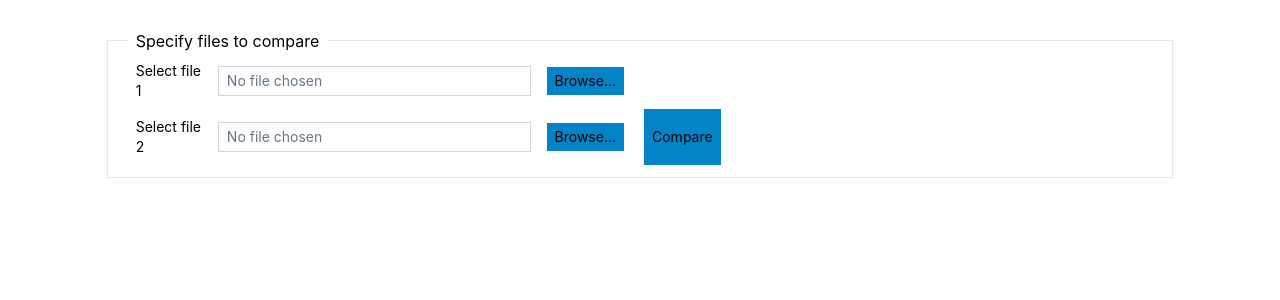
Repository: chionye/paymentology-front
Page: /
The author's editor kept a copy of each file at every save. The page is drawn from the files as they stood at one save, then again after the next save.
The browser window is 1280 px wide. The pictures show the whole page.
The project was rebuilt for these pictures with package versions that can differ from the ones it lists, and the page was loaded fresh each time.

Above is the page before, as saved 2022-03-16 13:24:25.

### src/index.css
@tailwind base;
@tailwind components;
@tailwind utilities;

body {
  margin: 0;
  font-family: -apple-system, BlinkMacSystemFont, 'Segoe UI', 'Roboto', 'Oxygen',
    'Ubuntu', 'Cantarell', 'Fira Sans', 'Droid Sans', 'Helvetica Neue',
    sans-serif;
  -webkit-font-smoothing: antialiased;
  -moz-osx-font-smoothing: grayscale;
}

input[type=file] {
  -webkit-appearance: none;
  position: relative;
  -webkit-box-sizing: border-box;
   }
   input[type=file]::-webkit-file-upload-button {
  width: 0;
  padding: 0;
  margin: 0;
  -webkit-appearance: none;
  border: none;
   }
   /* "x::-webkit-file-upload-button" forces the rules to only apply to browsers that support this pseudo-element */

### src/App.js
import Section from "./components/Section";

function App() {
  return (
    <Section />
  );
}

export default App;

### src/components/Section.js
import Button from "./Button";
import InputFile from "./InputFile";

const Section = () => {
    return(
        <div className="relative w-5/6 h-auto p-3 border border-1 border-gray mx-auto my-10">
            <div className="absolute -top-3 left-5 bg-white px-2">Specify files to compare</div>
            <InputFile file={"Select file 1"} />
            <div className="flex flex-row">
                <InputFile file={"Select file 2"} />
                <Button label={"Compare"} />
            </div>

        </div>
    )
}

export default Section;

### src/components/Button.js
const Button = (props) => {
    return <button className="ml-1 bg-sky-600 hover:bg-sky-700 py-1 px-2 text-sm ">{props.label}</button>
}

export default Button;

### src/components/InputFile.js
import Button from "./Button";
const InputFile = (props) => {
    return(
        <div className="flex flex-row w-full md:w-1/2 items-center text-sm my-2 px-4">
            <label className="w-28">{props.file}</label>

            <input type="file"
                className="block w-full mx-3 appearance-none border border-1 border-gray-300 py-1 px-2  text-slate-500
                file:mr-4 file:py-2 file:px-4
                file:rounded-full file:border-0
                file:text-sm file:font-semibold
                file:bg-violet-50 file:text-violet-700
                hover:file:bg-violet-100 file:text-red-600
                "/>

            <Button label={"Browse..."} />
        </div>
    )
}

export default InputFile;

Loaded but not shown: public/index.html (common file); src/index.js (common file); src/reportWebVitals.js (common file); tailwind.config.js (common file)

After the next save:
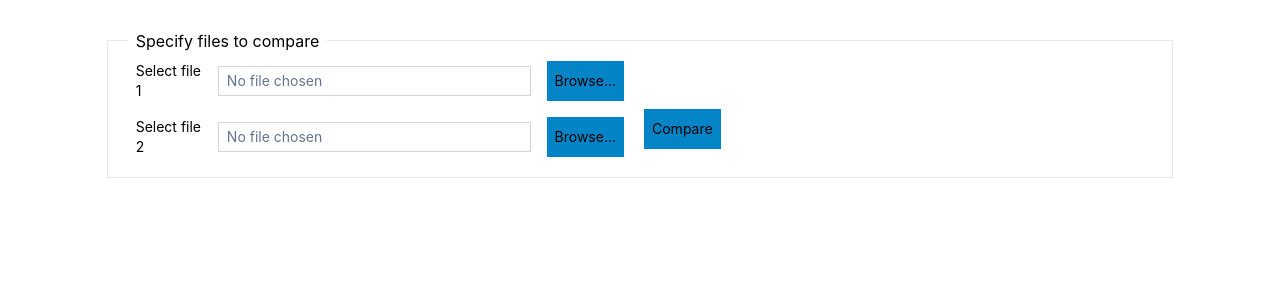
Saved 7 s later.
--- a/src/components/Button.js
+++ b/src/components/Button.js
@@ -1,5 +1,5 @@
 const Button = (props) => {
-    return <button className="ml-1 bg-sky-600 hover:bg-sky-700 py-1 px-2 text-sm ">{props.label}</button>
+    return <button className="ml-1 bg-sky-600 hover:bg-sky-700 py-1 h-10 px-2 text-sm ">{props.label}</button>
 }
 
 export default Button;
